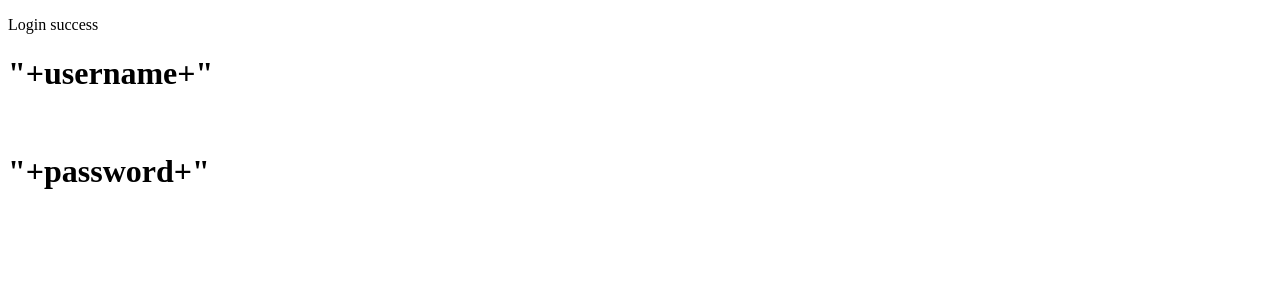
Repository: Bindu2296/allProjects
Page: http://localhost/Jspforms/log.jsp
These files come from the project's save history. The page is drawn as it stood at one moment and after the next save; the edit follows.
The browser window is 1280 px wide. The pictures show the whole page.
The page is served by Tomcat 9.

Above is the page before, as saved 2019-03-26 11:48:36.

After the next save:
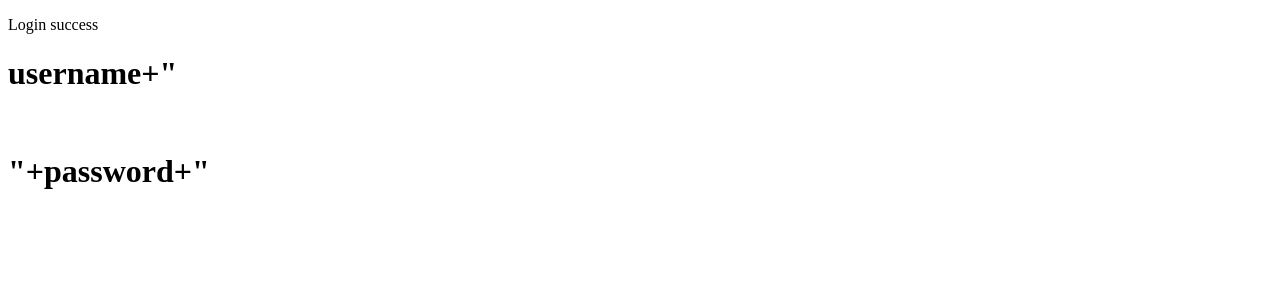
Saved 6 s later.
--- a/Jspforms/src/main/webapp/log.jsp
+++ b/Jspforms/src/main/webapp/log.jsp
@@ -2,5 +2,5 @@
     pageEncoding="ISO-8859-1"%>
 <!DOCTYPE html>
 			<html><body>
-		<p>Login success</p><h1>"+username+"</h1><br><h1>"+password+"</h1></body>
+		<p>Login success</p><h1>username+"</h1><br><h1>"+password+"</h1></body>
 		</html>
